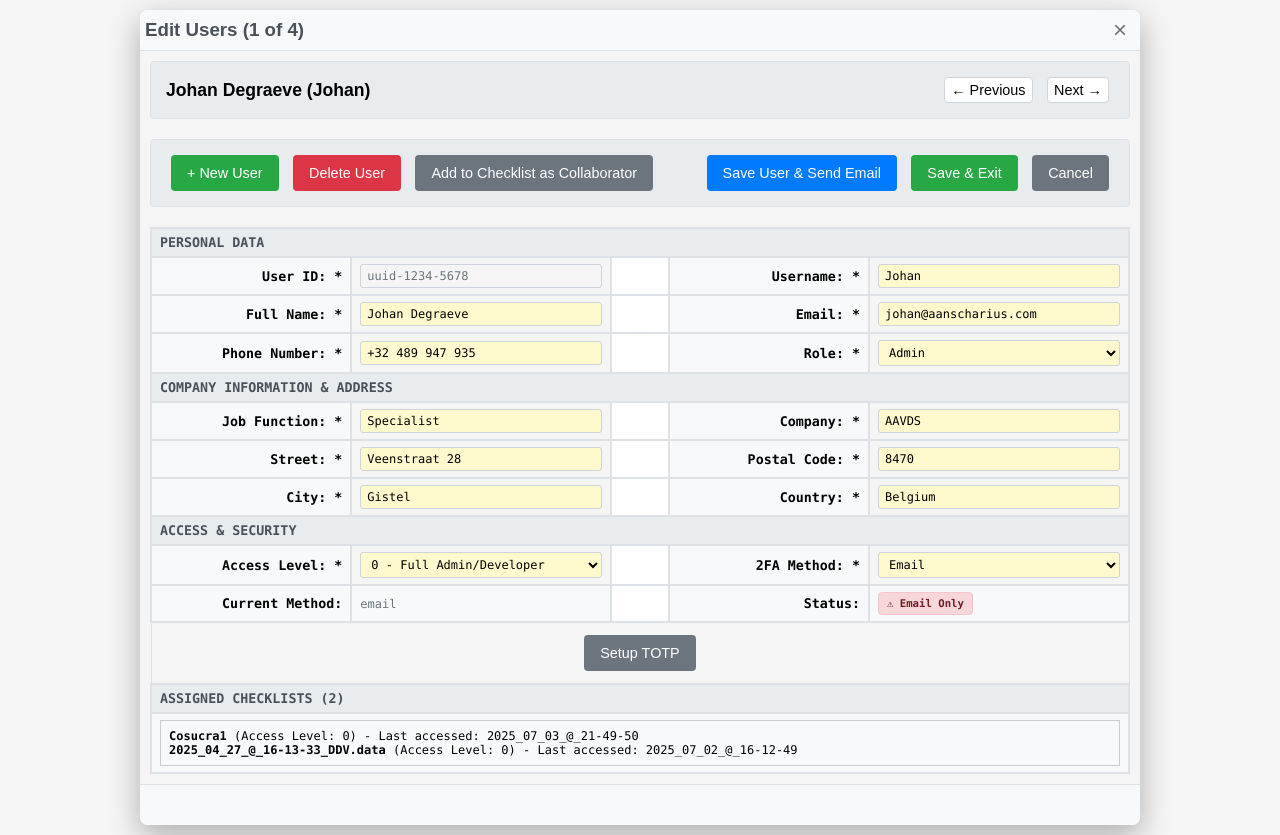
Repository: jeedee23/checklistrepo
Page: checklists/user-management-demo.html
These files come from the project's save history. The page is drawn as it stood at one moment and after the next save; the edit follows.
The browser window is 1280 px wide. The pictures show the whole page.

Above is the page before, as saved 2025-07-04 14:20:19.

After the next save:
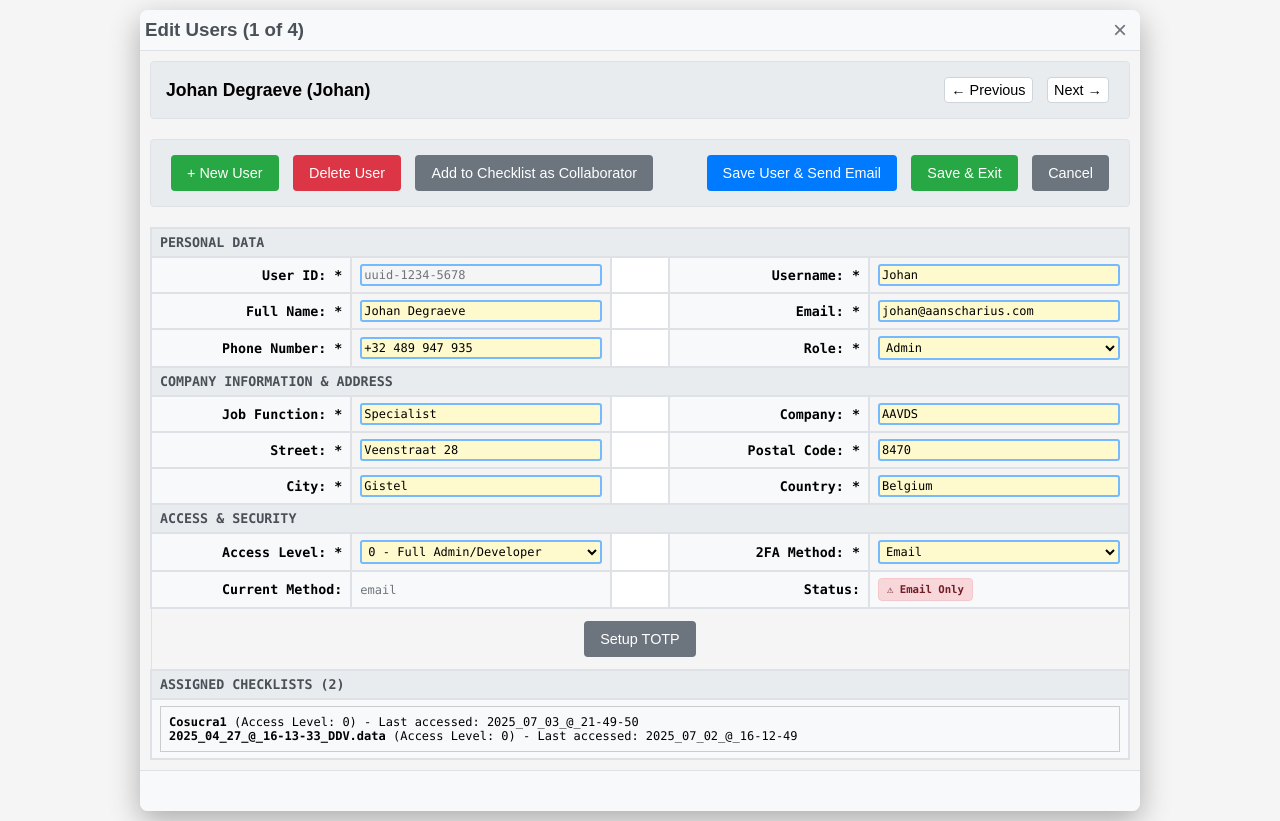
Saved 27 s later.
--- a/checklists/user-management-demo.html
+++ b/checklists/user-management-demo.html
@@ -123,8 +123,8 @@
         .input input,
         .input select {
             width: 100%;
-            padding: 4px 6px;
-            border: 1px solid #ced4da;
+            padding: 2px 2px;
+            border: 2px solid #75b9fe;
             border-radius: 3px;
             background: transparent;
             font-family: Consolas, monospace;
